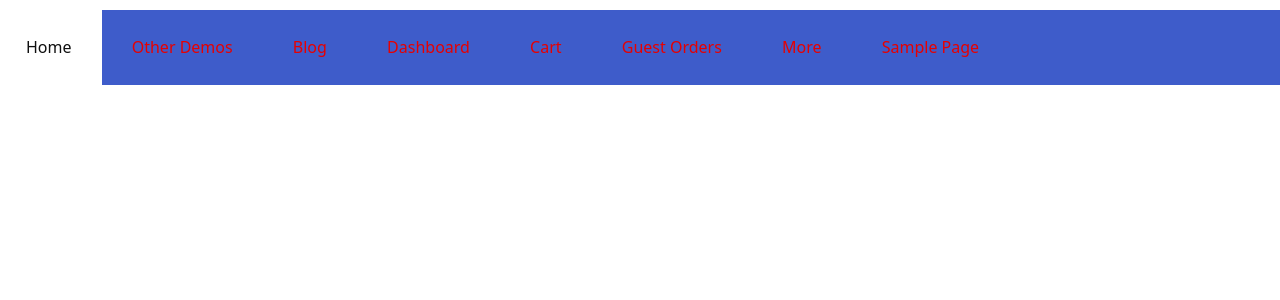
Repository: lannguyen1301/f8-zoom-day-4
Page: menu.html
An editor plug-in stored every save of this project. The page is shown before and after the next save, followed by the edit.
The browser window is 1280 px wide. The pictures show the whole page.

Above is the page before, as saved 2025-04-18 01:53:47.

### menu.html
<!DOCTYPE html>
<html lang="en">

<head>
    <meta charset="UTF-8">
    <meta name="viewport" content="width=device-width, initial-scale=1.0">
    <title>Menu</title>
    <link rel="stylesheet" href="./assets/css/reset.css">
    <link rel="stylesheet" href="./assets/css/navbar-style.css">
</head>

<body>
    <nav class="navbar">
        <ul class="navbar-list">
            <li class="navbar-item active">
                <a href="!#" class="nabar-link">Home</a>
            </li>
            <li class="navbar-item">
                <a href="!#" class="nabar-link">Other Demos</a>
            </li>
            <li class="navbar-item">
                <a href="!#" class="nabar-link">Blog</a>
            </li>
            <li class="navbar-item">
                <a href="!#" class="nabar-link">Dashboard</a>
            </li>
            <li class="navbar-item">
                <a href="!#" class="nabar-link">Cart</a>
            </li>
            <li class="navbar-item">
                <a href="!#" class="nabar-link">Guest Orders</a>
            </li>
            <li class="navbar-item">
                <a href="!#" class="nabar-link">More</a>
            </li>
            <li class="navbar-item">
                <a href="!#" class="nabar-link">Sample Page</a>
            </li>
        </ul>
    </nav>
</body>

</html>

### assets/css/navbar-style.css
* {
    box-sizing: border-box;
}

body {
    margin: 0 auto;
    /* padding-top: 10px; */
    font-size: 16px;
    font-family: system-ui, "Segoe UI", Roboto, Helvetica, Arial, sans-serif,
        "Apple Color Emoji", "Segoe UI Emoji", "Segoe UI Symbol";
    background-color: #ffffff;
}

a {
    text-decoration: none;
}

nav {
    margin-top: 10px;

    height: 75px;
    background-color: #3e5cca;
}

/* ul.navbar-list {
    display: flex;
    align-items: center;
    justify-content: space-evenly;
} */

ul.navbar-list {
    align-items: center;
    justify-content: space-evenly;
}

.navbar-item {
    display: inline-block;
    margin-left: -4px;
}

.nabar-link {
    line-height: 75px;
    color: #fff;
    color: #e70000;
    font-weight: 500;
    padding: 0 30px;
}

.active,
.navbar-item:hover {
    background-color: #fff;
}

.navbar-item:hover > a,
.active > a {
    color: #0f0f0f;
}

Loaded but not shown: assets/css/reset.css (common file)

After the next save:
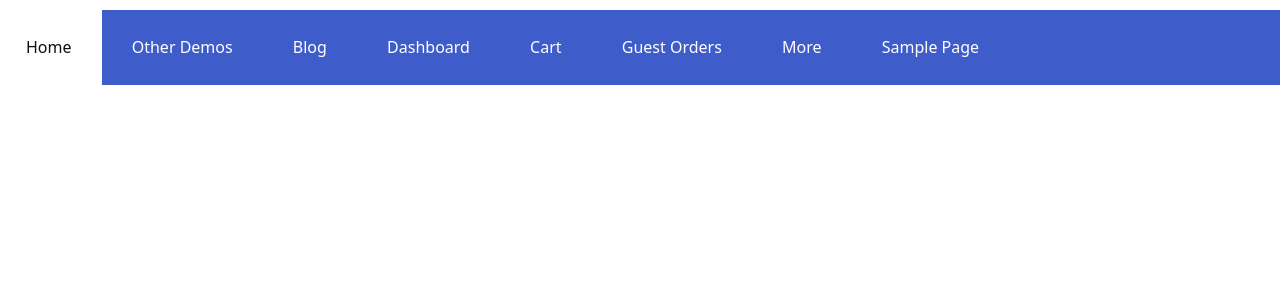
Saved 5 s later.
--- a/assets/css/navbar-style.css
+++ b/assets/css/navbar-style.css
@@ -41,7 +41,7 @@
 .nabar-link {
     line-height: 75px;
     color: #fff;
-    color: #e70000;
+
     font-weight: 500;
     padding: 0 30px;
 }
